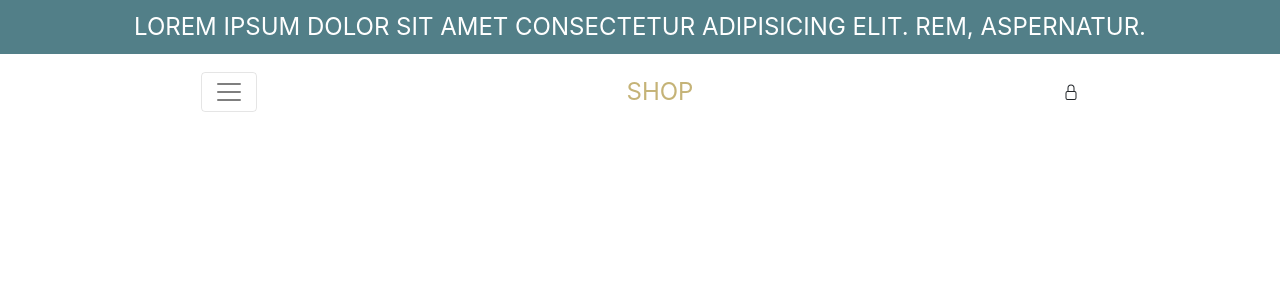
Repository: DaNiels89/frontendassignmentbogbootcamp
Page: index.html
The author's editor kept a copy of each file at every save. The page is drawn from the files as they stood at one save, then again after the next save.
The browser window is 1280 px wide. The pictures show the whole page.

Above is the page before, as saved 2020-03-19 17:58:40.

After the next save:
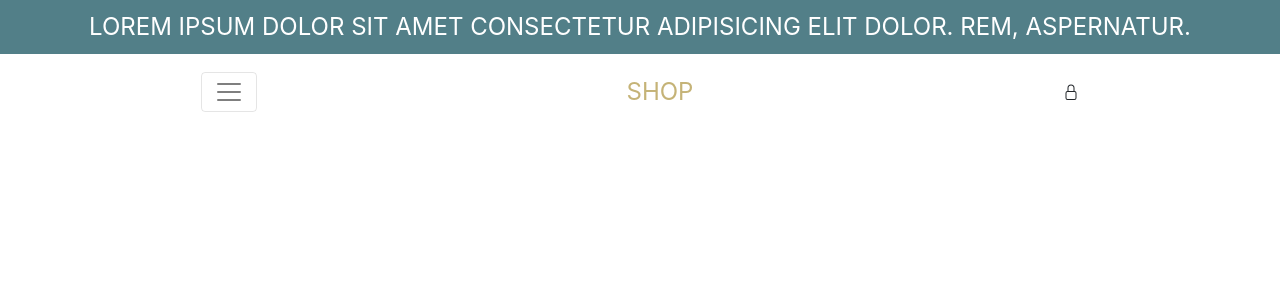
Saved 18 s later.
--- a/index.html
+++ b/index.html
@@ -14,7 +14,8 @@
   </head>
   <body>
     <div class="promotion-bar">
-      LOREM IPSUM DOLOR SIT AMET CONSECTETUR ADIPISICING ELIT. REM, ASPERNATUR.
+      LOREM IPSUM DOLOR SIT AMET CONSECTETUR ADIPISICING ELIT DOLOR. REM,
+      ASPERNATUR.
     </div>
 
     <div class="pos-f-t">
